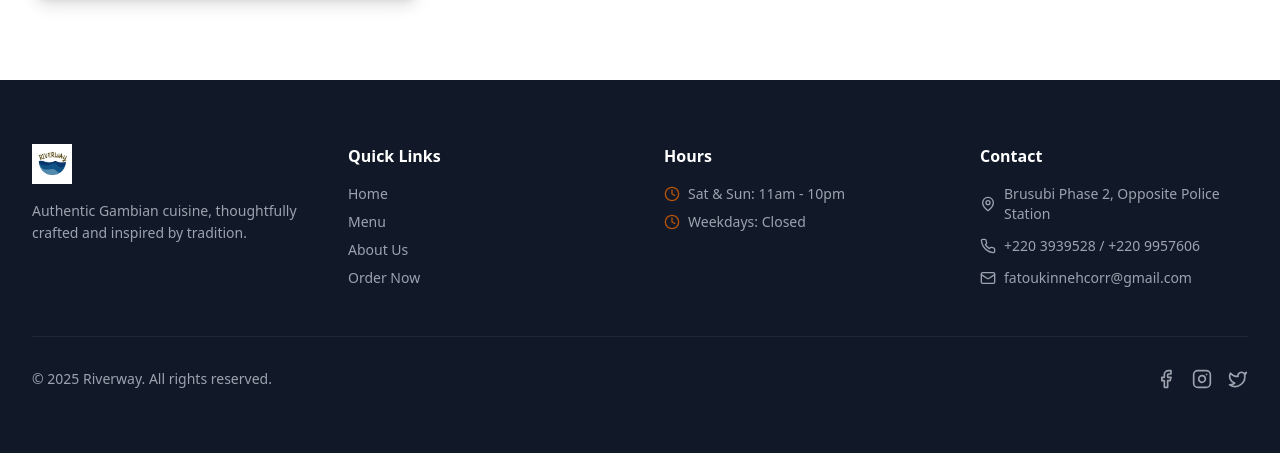
Repository: AdlaiJallow/riverway
Page: /
The author's editor kept a copy of each file at every save. The page is drawn from the files as they stood at one save, then again after the next save.
The browser window is 1280 px wide. The pictures show the part of the page from y = 2183 to 2636 px (the page is 2636 px tall).
The page's requests for data from a server got no answer. The project was rebuilt for these pictures with package versions that can differ from the ones it lists, and the page was loaded fresh each time. No one was signed in, and anything a server would have sent is missing. Also part of the build but not shown: vite.config.ts, src/components/Menu.tsx, src/components/About.tsx, src/lib/supabase.ts, src/lib/emailService.ts, src/components/Reservations.tsx, src/components/ErrorBoundary.tsx.

Above is the page before, as saved 2025-11-02 01:49:03.

### index.html
<!doctype html>
<html lang="en">
  <head>
    <meta charset="UTF-8" />
    <link rel="icon" type="image/svg+xml" href="/vite.svg" />
    <meta name="viewport" content="width=device-width, initial-scale=1.0, maximum-scale=5.0, user-scalable=yes" />
    <meta name="description" content="Riverway Restaurant - Experience authentic Gambian cuisine with delivery and pickup options. Order online for fresh, traditional dishes." />
    <meta name="theme-color" content="#d97706" />
    <meta name="mobile-web-app-capable" content="yes" />
    <meta name="apple-mobile-web-app-capable" content="yes" />
    <meta name="apple-mobile-web-app-status-bar-style" content="default" />
    <title>Riverway - Authentic Gambian Cuisine | Order Online</title>
  </head>
  <body>
    <div id="root"></div>
    <script type="module" src="/src/main.tsx"></script>
  </body>
</html>

### src/App.tsx
import { useState } from 'react';
import Navigation from './components/Navigation';
import Hero from './components/Hero';
import Menu from './components/Menu';
import About from './components/About';
import Reservations from './components/Reservations';
import Gallery from './components/Gallery';
import Footer from './components/Footer';
import ErrorBoundary from './components/ErrorBoundary';

function App() {
  const [currentPage, setCurrentPage] = useState('home');

  // Enhanced page navigation with smooth scroll to top
  const handlePageChange = (page: string) => {
    setCurrentPage(page);
    // Scroll to top smoothly when changing pages
    window.scrollTo({ top: 0, behavior: 'smooth' });
  };

  return (
    <ErrorBoundary>
      <div className="min-h-screen bg-white">
        <Navigation currentPage={currentPage} setCurrentPage={handlePageChange} />

        {currentPage === 'home' && (
          <>
            <Hero setCurrentPage={handlePageChange} />
            <Gallery />
          </>
        )}

        {currentPage === 'menu' && <Menu setCurrentPage={handlePageChange} />}
        {currentPage === 'about' && <About />}
        {currentPage === 'orders' && <Reservations />}

        <Footer setCurrentPage={handlePageChange} />
      </div>
    </ErrorBoundary>
  );
}

export default App;

### src/index.css
@tailwind base;
@tailwind components;
@tailwind utilities;

@layer utilities {
  .animation-delay-2000 {
    animation-delay: 2s;
  }

  /* Mobile-optimized animations */
  @media (max-width: 768px) {
    .animate-float {
      animation-duration: 4s; /* Shorter duration on mobile */
    }

    .animate-fade-in-up {
      animation-duration: 0.6s; /* Faster animations on mobile */
    }

    /* Reduce motion for users who prefer it */
    @media (prefers-reduced-motion: reduce) {
      .animate-float,
      .animate-fade-in-up,
      .animate-pulse-glow,
      .animate-bounce-gentle {
        animation: none;
      }
    }
  }

  /* Mobile-first responsive text utilities */
  .text-responsive-xs { font-size: 0.75rem; }
  .text-responsive-sm { font-size: 0.875rem; }
  .text-responsive-base { font-size: 1rem; }
  .text-responsive-lg { font-size: 1.125rem; }
  .text-responsive-xl { font-size: 1.25rem; }

  @media (min-width: 640px) {
    .text-responsive-xs { font-size: 0.875rem; }
    .text-responsive-sm { font-size: 1rem; }
    .text-responsive-base { font-size: 1.125rem; }
    .text-responsive-lg { font-size: 1.25rem; }
    .text-responsive-xl { font-size: 1.5rem; }
  }

  /* Improved mobile touch targets */
  .touch-target {
    min-height: 44px;
    min-width: 44px;
  }
}

@keyframes fade-in-up {
  from {
    opacity: 0;
    transform: translateY(30px);
  }
  to {
    opacity: 1;
    transform: translateY(0);
  }
}

@keyframes float {
  0%, 100% {
    transform: translateY(0) rotate(0deg);
  }
  25% {
    transform: translateY(-20px) rotate(5deg);
  }
  50% {
    transform: translateY(-10px) rotate(-5deg);
  }
  75% {
    transform: translateY(-30px) rotate(2deg);
  }
}

@keyframes pulse-glow {
  0%, 100% {
    box-shadow: 0 0 20px rgba(245, 158, 11, 0.4);
  }
  50% {
    box-shadow: 0 0 40px rgba(245, 158, 11, 0.7);
  }
}

@keyframes slide-in-left {
  from {
    opacity: 0;
    transform: translateX(-50px);
  }
  to {
    opacity: 1;
    transform: translateX(0);
  }
}

@keyframes slide-in-right {
  from {
    opacity: 0;
    transform: translateX(50px);
  }
  to {
    opacity: 1;
    transform: translateX(0);
  }
}

@keyframes bounce-gentle {
  0%, 20%, 50%, 80%, 100% {
    transform: translateY(0);
  }
  40% {
    transform: translateY(-10px);
  }
  60% {
    transform: translateY(-5px);
  }
}

@keyframes glow-rotate {
  0% {
    filter: hue-rotate(0deg) brightness(1);
  }
  50% {
    filter: hue-rotate(180deg) brightness(1.2);
  }
  100% {
    filter: hue-rotate(360deg) brightness(1);
  }
}

.animate-fade-in-up {
  animation: fade-in-up 0.8s ease-out forwards;
  opacity: 0;
}

.animate-float {
  animation: float 6s ease-in-out infinite;
}

.animate-pulse-glow {
  animation: pulse-glow 3s ease-in-out infinite;
}

.animate-slide-in-left {
  animation: slide-in-left 0.8s ease-out forwards;
}

.animate-slide-in-right {
  animation: slide-in-right 0.8s ease-out forwards;
}

.animate-bounce-gentle {
  animation: bounce-gentle 2s ease-in-out infinite;
}

.animate-glow-rotate {
  animation: glow-rotate 4s ease-in-out infinite;
}

### src/components/Navigation.tsx
import { useState } from 'react';
import { Menu, X } from 'lucide-react';

interface NavigationProps {
  currentPage: string;
  setCurrentPage: (page: string) => void;
}

export default function Navigation({ currentPage, setCurrentPage }: NavigationProps) {
  const [isMenuOpen, setIsMenuOpen] = useState(false);
  const navItems = [
    { id: 'home', label: 'Home' },
    { id: 'menu', label: 'Menu' },
    { id: 'about', label: 'About' },
    { id: 'orders', label: 'Order Now' },
  ];

  return (
    <nav className="sticky top-0 z-50 bg-white border-b border-gray-100">
      <div className="max-w-7xl mx-auto px-4 sm:px-6 lg:px-8">
        <div className="flex items-center justify-between h-16">
          <div className="flex items-center gap-3 cursor-pointer p-2 -m-2 touch-target" onClick={() => setCurrentPage('home')}>
            <img src="/logo copy.jpeg" alt="Riverway Logo" className="h-8 sm:h-10 w-8 sm:w-10 object-contain" />
            <span className="text-lg sm:text-xl font-bold text-gray-900">Riverway</span>
          </div>

          <div className="hidden md:flex items-center gap-8">
            {navItems.map((item) => (
              <button
                key={item.id}
                onClick={() => setCurrentPage(item.id)}
                className={`text-sm font-medium transition-colors ${
                  currentPage === item.id
                    ? 'text-amber-700'
                    : 'text-gray-600 hover:text-amber-700'
                }`}
              >
                {item.label}
              </button>
            ))}
          </div>

          <div className="md:hidden flex items-center gap-2">
            <button
              onClick={() => setIsMenuOpen(!isMenuOpen)}
              className="p-3 text-gray-600 hover:text-amber-700 transition-colors touch-target min-h-[44px] min-w-[44px] flex items-center justify-center"
            >
              {isMenuOpen ? <X className="w-6 h-6" /> : <Menu className="w-6 h-6" />}
            </button>
          </div>
        </div>

        {/* Mobile menu */}
        {isMenuOpen && (
          <div className="md:hidden border-t border-gray-100">
            <div className="px-4 py-2 space-y-1">
              {navItems.map((item) => (
                <button
                  key={item.id}
                  onClick={() => {
                    setCurrentPage(item.id);
                    setIsMenuOpen(false);
                  }}
                  className={`block w-full text-left px-4 py-3 text-base font-medium rounded-md transition-colors touch-target ${
                    currentPage === item.id
                      ? 'text-amber-700 bg-amber-50'
                      : 'text-gray-600 hover:text-amber-700 hover:bg-amber-50'
                  }`}
                >
                  {item.label}
                </button>
              ))}
            </div>
          </div>
        )}
      </div>
    </nav>
  );
}

### src/components/Gallery.tsx
import { ImageIcon, Play } from 'lucide-react';
import { useState } from 'react';

export default function Gallery() {
  const [playingVideo, setPlayingVideo] = useState<number | null>(null);
  const mediaItems = [
    {
      id: 1,
      title: 'Authentic Gambian Cuisine',
      src: '/food.jpeg',
      type: 'image',
    },
    {
      id: 2,
      title: 'Traditional Dishes',
      src: '/food2.jpeg',
      type: 'image',
    },
    // {
    //   id: 3,
    //   title: 'Signature Specialties',
    //   src: '/dett.jpeg',
    //   type: 'image',
    // },
    // {
    //   id: 4,
    //   title: 'Our Menu Selection',
    //   src: '/menu.jpeg',
    //   type: 'image',
    // },
    {
      id: 5,
      title: 'Delicious Food Preparation',
      src: '/foody.mp4',
      type: 'video',
    },
    {
      id: 6,
      title: 'Signature Lasagna',
      src: '/lassagna.mp4',
      type: 'video',
    },
    // {
    //   id: 7,
    //   title: 'Restaurant Experience',
    //   src: '/logo.jpeg',
    //   type: 'image',
    // },
    // {
    //   id: 8,
    //   title: 'Riverway Dining',
    //   src: '/logo copy.jpeg',
    //   type: 'image',
    // },
  ];

  return (
    <div className="py-20 bg-white">
      <div className="max-w-7xl mx-auto px-4 sm:px-6 lg:px-8">
        <div className="text-center mb-12">
          <div className="flex items-center justify-center gap-2 mb-4">
            <ImageIcon className="w-8 h-8 text-amber-700" />
            <h2 className="text-4xl font-bold text-gray-900">Gallery</h2>
          </div>
          <p className="text-gray-600">
            Discover the beauty of our authentic Gambian dishes and dining experience
          </p>
        </div>
        <div className="grid md:grid-cols-3 gap-6">
          {mediaItems.map((item) => (
            <div
              key={item.id}
              className="group relative overflow-hidden rounded-2xl aspect-square shadow-lg hover:shadow-xl transition-shadow"
            >
              {item.type === 'image' ? (
                <img
                  src={item.src}
                  alt={item.title}
                  className="w-full h-full object-cover group-hover:scale-110 transition-transform duration-300"
                />
              ) : (
                <div className="relative w-full h-full">
                  <video
                    src={item.src}
                    className="w-full h-full object-cover cursor-pointer"
                    muted
                    loop
                    playsInline
                    preload="metadata"
                    controls={false}
                    onMouseEnter={(e) => {
                      const video = e.currentTarget;
                      setPlayingVideo(item.id);
                      video.play().catch((error) => {
                        console.log('Video play failed on hover:', error);
                      });
                    }}
                    onMouseLeave={(e) => {
                      const video = e.currentTarget;
                      setPlayingVideo(null);
                      video.pause();
                      video.currentTime = 0;
                    }}
                    onClick={(e) => {
                      const video = e.currentTarget;
                      if (video.paused) {
                        setPlayingVideo(item.id);
                        video.play().catch((error) => {
                          console.log('Video play failed on click:', error);
                        });
                      } else {
                        setPlayingVideo(null);
                        video.pause();
                      }
                    }}
                    onError={(e) => {
                      console.error('Video error:', e);
                    }}
                    onLoadStart={() => {
                      console.log('Video loading started for:', item.src);
                    }}
                    onCanPlay={() => {
                      console.log('Video can play:', item.src);
                    }}
                    onLoadedMetadata={() => {
                      console.log('Video metadata loaded:', item.src);
                    }}
                  />
                  {playingVideo !== item.id && (
                    <div className="absolute inset-0 flex items-center justify-center bg-black bg-opacity-30 group-hover:bg-opacity-20 transition-all duration-300 pointer-events-none">
                      <div className="bg-white bg-opacity-20 rounded-full p-3">
                        <Play className="w-8 h-8 text-white" />
                      </div>
                    </div>
                  )}
                </div>
              )}
              <div className="absolute inset-0 bg-gradient-to-t from-gray-900/70 to-transparent opacity-0 group-hover:opacity-100 transition-opacity duration-300 flex items-end p-6">
                <p className="text-white font-semibold text-lg">{item.title}</p>
              </div>
            </div>
          ))}
        </div>
      </div>
    </div>
  );
}

### src/components/Footer.tsx
import { MapPin, Phone, Mail, Clock, Facebook, Instagram, Twitter } from 'lucide-react';

interface FooterProps {
  setCurrentPage: (page: string) => void;
}

export default function Footer({ setCurrentPage }: FooterProps) {
  return (
    <footer className="bg-gray-900 text-gray-100">
      <div className="max-w-7xl mx-auto px-4 sm:px-6 lg:px-8 py-16">
        <div className="grid md:grid-cols-4 gap-12 mb-12">
          <div>
            <div className="flex items-center gap-2 mb-4">
              <img src="/logo copy.jpeg" alt="Riverway Logo" className="h-10 w-10 object-contain" />
            </div>
            <p className="text-gray-400 text-sm leading-relaxed">
              Authentic Gambian cuisine, thoughtfully crafted and inspired by tradition.
            </p>
          </div>

          <div>
            <h4 className="font-semibold text-white mb-4">Quick Links</h4>
            <ul className="space-y-2 text-sm">
              <li>
                <button
                  onClick={() => setCurrentPage('home')}
                  className="text-gray-400 hover:text-amber-700 transition-colors"
                >
                  Home
                </button>
              </li>
              <li>
                <button
                  onClick={() => setCurrentPage('menu')}
                  className="text-gray-400 hover:text-amber-700 transition-colors"
                >
                  Menu
                </button>
              </li>
              <li>
                <button
                  onClick={() => setCurrentPage('about')}
                  className="text-gray-400 hover:text-amber-700 transition-colors"
                >
                  About Us
                </button>
              </li>
              <li>
                <button
                  onClick={() => setCurrentPage('orders')}
                  className="text-gray-400 hover:text-amber-700 transition-colors"
                >
                  Order Now
                </button>
              </li>
            </ul>
          </div>

          <div>
            <h4 className="font-semibold text-white mb-4">Hours</h4>
            <ul className="space-y-2 text-sm text-gray-400">
              <li className="flex items-center gap-2">
                <Clock className="w-4 h-4 text-amber-700" />
                <span>Sat & Sun: 11am - 10pm</span>
              </li>
              <li className="flex items-center gap-2">
                <Clock className="w-4 h-4 text-amber-700" />
                <span>Weekdays: Closed</span>
              </li>
            </ul>
          </div>

          <div>
            <h4 className="font-semibold text-white mb-4">Contact</h4>
            <ul className="space-y-3 text-sm">
              <li className="flex items-center gap-2 text-gray-400 hover:text-amber-700 transition-colors">
                <MapPin className="w-4 h-4 flex-shrink-0" />
                <span>Brusubi Phase 2, Opposite Police Station</span>
              </li>
              <li className="flex items-center gap-2 text-gray-400 hover:text-amber-700 transition-colors">
                <Phone className="w-4 h-4 flex-shrink-0" />
                <span>+220 3939528 / +220 9957606</span>
              </li>
              <li className="flex items-center gap-2 text-gray-400 hover:text-amber-700 transition-colors">
                <Mail className="w-4 h-4 flex-shrink-0" />
                <span>fatoukinnehcorr@gmail.com</span>
              </li>
            </ul>
          </div>
        </div>

        <div className="border-t border-gray-800 pt-8">
          <div className="flex flex-col md:flex-row items-center justify-between">
            <p className="text-gray-400 text-sm">
              © 2025 Riverway. All rights reserved.
            </p>
            <div className="flex items-center gap-4 mt-4 md:mt-0">
              <a href="#" className="text-gray-400 hover:text-amber-700 transition-colors">
                <Facebook className="w-5 h-5" />
              </a>
              <a href="#" className="text-gray-400 hover:text-amber-700 transition-colors">
                <Instagram className="w-5 h-5" />
              </a>
              <a href="#" className="text-gray-400 hover:text-amber-700 transition-colors">
                <Twitter className="w-5 h-5" />
              </a>
            </div>
          </div>
        </div>
      </div>
    </footer>
  );
}

Loaded but not shown: src/main.tsx (common file); tailwind.config.js (common file); src/components/Hero.tsx (198 lines, source omitted)

After the next save:
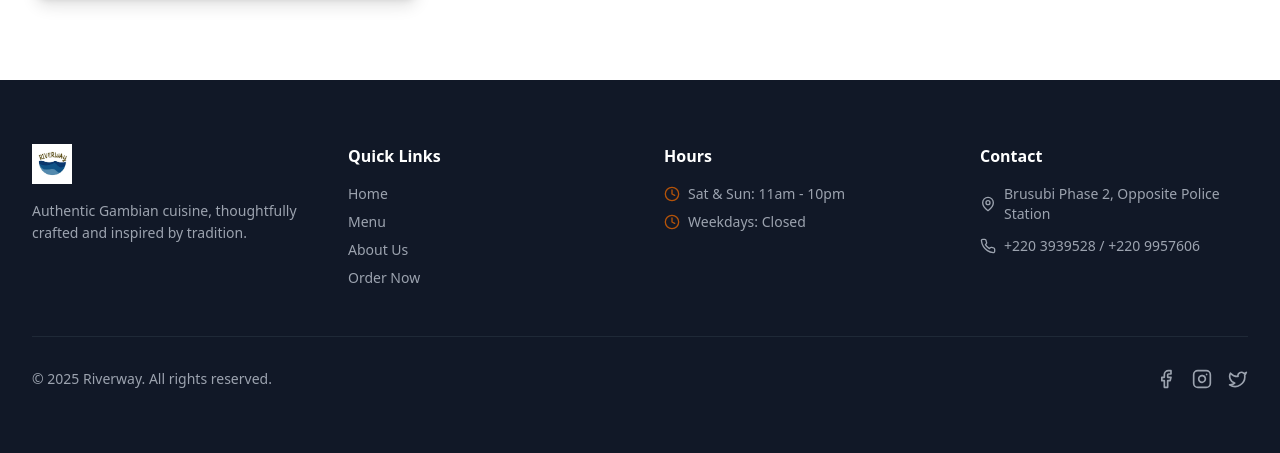
Saved 2 min 5 s later.
--- a/src/components/Footer.tsx
+++ b/src/components/Footer.tsx
@@ -81,10 +81,6 @@
                 <Phone className="w-4 h-4 flex-shrink-0" />
                 <span>+220 3939528 / +220 9957606</span>
               </li>
-              <li className="flex items-center gap-2 text-gray-400 hover:text-amber-700 transition-colors">
-                <Mail className="w-4 h-4 flex-shrink-0" />
-                <span>fatoukinnehcorr@gmail.com</span>
-              </li>
             </ul>
           </div>
         </div>
